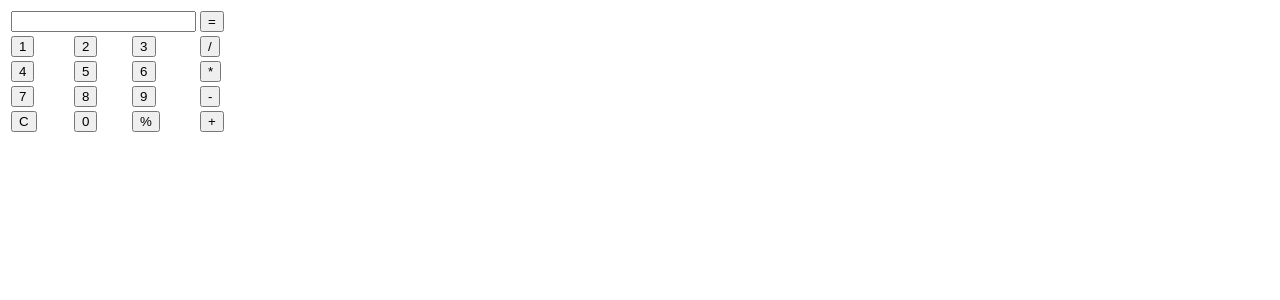
Repository: Seryozha02/CalculatorAndStopwatch
Page: calculator.html
These files come from the project's save history. The page is drawn as it stood at one moment and after a run of saves; the edit follows.
The browser window is 1280 px wide. The pictures show the whole page.

Above is the page before, as saved 2022-10-03 00:17:37.

After the next 2 saves:
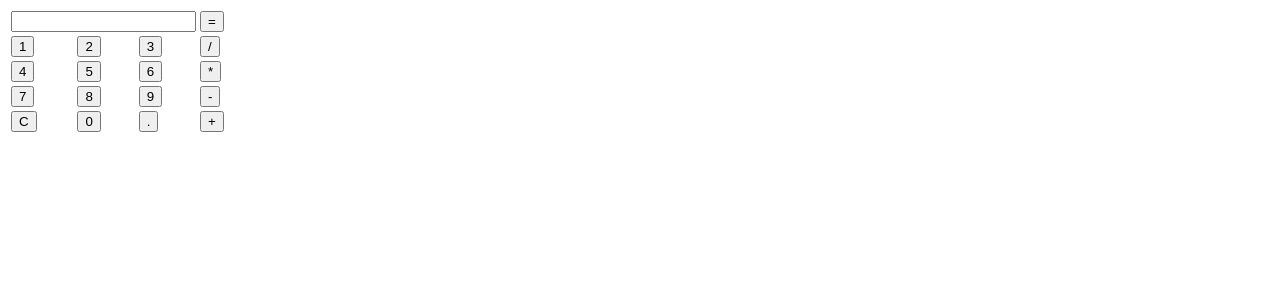
The 2 saves are shown as one change because they came seconds apart.
The last was saved 78 s later.
--- a/calculator.html
+++ b/calculator.html
@@ -34,7 +34,7 @@
       <tr>
       <td><input type="button" value="C" onclick="cleareScreen()" id="btn"></td>
       <td><input type="button" value="0" onclick="display(('0'))"></td>
-      <td><input type="button" value="%" onclick="display(('%'))"></td>
+      <td><input type="button" value="." onclick="display(('.'))"></td>
       <td><input type="button" value="+" onclick="display(('+'))"></td>
     </tr>
     </table>
